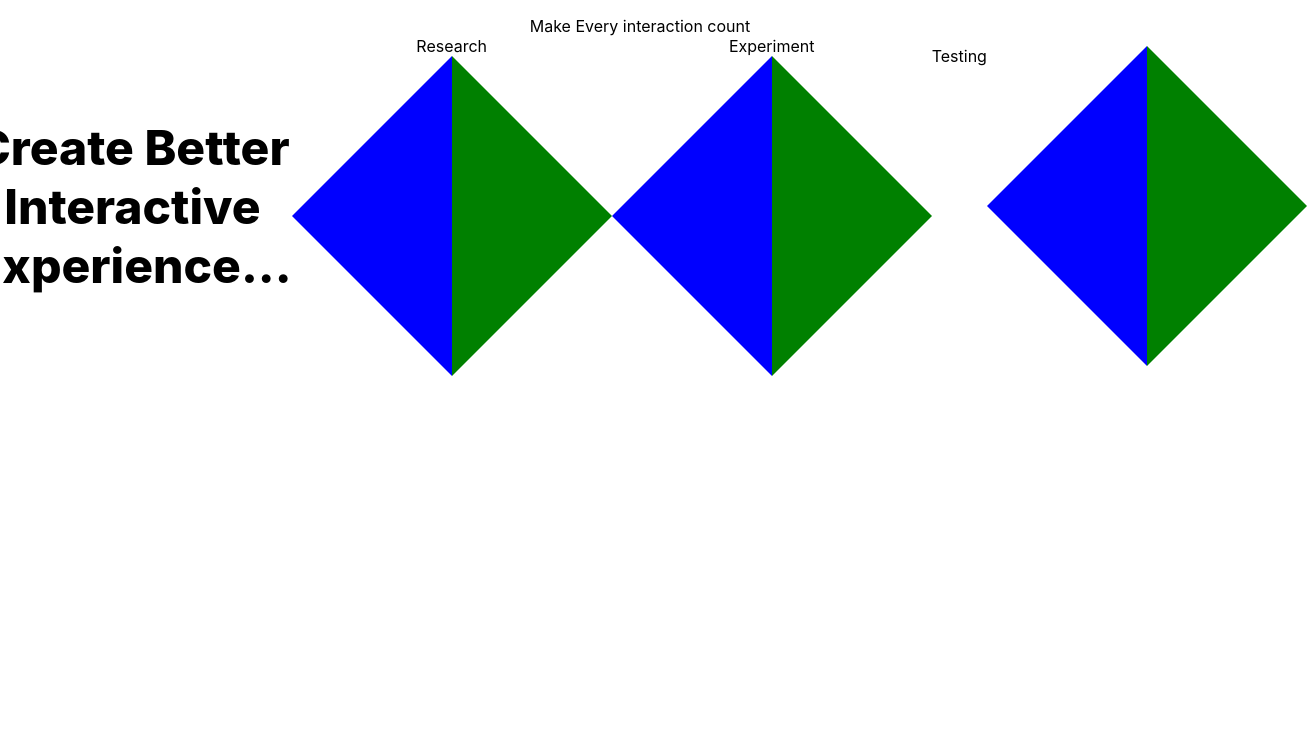
Repository: YingCG/interaction-design
Page: /
The author's editor kept a copy of each file at every save. The page is drawn from the files as they stood at one save, then again after the next save.
The browser window is 1280 px wide. The page is 1307 px wide, then 1280 px, so the pictures cover 1307 px, including what lies to the right of the window. The pictures show the whole page.
The project was rebuilt for these pictures with package versions that can differ from the ones it lists, and the page was loaded fresh each time.

Above is the page before, as saved 2023-09-07 16:13:52.

### src/App.js
import logo from "./logo.svg";
import "./App.css";
import TripleDiamond from "./TripleDiamond";

function App() {
  return (
    <div className="App">
      Make Every interaction count
      <TripleDiamond />
    </div>
  );
}

export default App;

### src/App.css
.App {
  text-align: center;
  padding: 1em;
  height: 100vh;
}

.arrow-right {
  width: 0;
  height: 0;
  border-top: 10rem solid transparent;
  border-bottom: 10rem solid transparent;
  border-left: 10rem solid green;
}
.arrow-right:hover {
  border-left: 10rem solid #ffa1f5;
}

.arrow-left {
  width: 0;
  height: 0;
  border-top: 10rem solid transparent;
  border-bottom: 10rem solid transparent;
  border-right: 10rem solid blue;
}
.arrow-left:hover {
  border-right: 10rem solid #ffa1f5;
}

.container {
  display: flex;
  justify-content: center;
  align-items: center;
  width: 100%;
}

.text-content {
  /* padding: 3em; */
  font-size: 3em;
  font-weight: 800;
  flex-direction: column;
}

.triple-diamond {
  display: flex;
  width: 50%;
}

.container-triple {
  display: flex;
  flex-direction: column;
}

.text-above {
  flex-direction: column;
}

### src/TripleDiamond.jsx
import React, { useState } from "react";
import contents from "./data";
import ProjectOverview from "./ProjectOverview";

function TripleDiamond() {
  const [info, setInfo] = useState("");

  function showInfo() {
    console.log(contents);
    setInfo(contents);
  }
  // const showInfo = () => {

  // }

  return (
    <div className="container">
      <div className="text-content">
        Create Better Interactive Experience...
      </div>
      <div className="container-triple">
        <div className="text-above">Research</div>
        <div className="triple-diamond">
          <div className="arrow-left" onClick={showInfo}></div>
          <div className="arrow-right"></div>
        </div>
      </div>

      <div className="container-triple">
        <div className="text-above">Experiment</div>
        <div className="triple-diamond">
          <div className="arrow-left"></div>
          <div className="arrow-right"></div>
        </div>
      </div>

      <div className="container-triple">
        <div className="triple-diamond">
          <div className="text-above">Testing</div>
          <div className="arrow-left"></div>
          <div className="arrow-right"></div>
        </div>
      </div>
      <div className="information">
        {contents.map((info, index) => (
          <ProjectOverview props={info} key={index} />
        ))}
      </div>
    </div>
  );
}

export default TripleDiamond;

### src/data.js
const contents = [
  {
    Title: "Project Overview",
    Description:
      "Memento Media is a creative industry startup that empowers people to save life's stories. When a loved one dies, we also sadly loose their stories. Memento Media uses storytelling and oral history practices to redefine the way families discover, capture and celebrate family history withoutmulti-generational living family archives.",
  },
  {
    Title: "Research",
    Description: "Assessment 1",
  },
  {
    Title: "Experiment",
    Description: "Assessment 2",
  },
  {
    Title: "Prototype",
    Description: "Assessment 3.",
  },
];

export default contents;

### src/ProjectOverview.js
import React from "react";

function ProjectOverview(props) {
  return (
    <div className="information">
      <h1> {props.Title}</h1>
      <p> {props.Description}</p>
    </div>
  );
}

export default ProjectOverview;

Loaded but not shown: public/index.html (common file); src/index.js (common file); src/index.css (common file); src/reportWebVitals.js (common file)

After the next save:
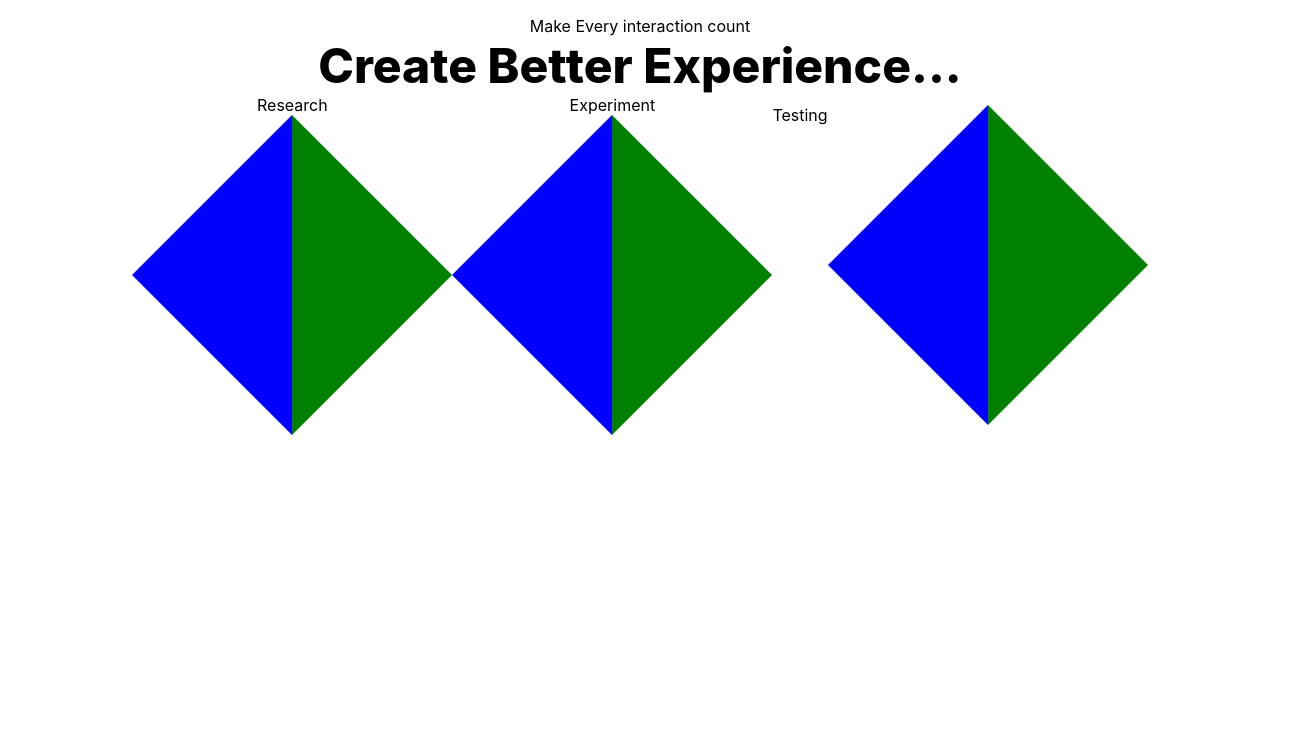
Saved 62 s later.
--- a/src/TripleDiamond.jsx
+++ b/src/TripleDiamond.jsx
@@ -14,39 +14,39 @@ function TripleDiamond() {
   // }
 
   return (
-    <div className="container">
-      <div className="text-content">
-        Create Better Interactive Experience...
-      </div>
-      <div className="container-triple">
-        <div className="text-above">Research</div>
-        <div className="triple-diamond">
-          <div className="arrow-left" onClick={showInfo}></div>
-          <div className="arrow-right"></div>
+    <>
+      <div className="text-content">Create Better Experience...</div>
+      <div className="container">
+        <div className="container-triple">
+          <div className="text-above">Research</div>
+          <div className="triple-diamond">
+            <div className="arrow-left" onClick={showInfo}></div>
+            <div className="arrow-right"></div>
+          </div>
+        </div>
+
+        <div className="container-triple">
+          <div className="text-above">Experiment</div>
+          <div className="triple-diamond">
+            <div className="arrow-left"></div>
+            <div className="arrow-right"></div>
+          </div>
+        </div>
+
+        <div className="container-triple">
+          <div className="triple-diamond">
+            <div className="text-above">Testing</div>
+            <div className="arrow-left"></div>
+            <div className="arrow-right"></div>
+          </div>
+        </div>
+        <div className="information">
+          {contents.map((info, index) => (
+            <ProjectOverview props={info} key={index} />
+          ))}
         </div>
       </div>
-
-      <div className="container-triple">
-        <div className="text-above">Experiment</div>
-        <div className="triple-diamond">
-          <div className="arrow-left"></div>
-          <div className="arrow-right"></div>
-        </div>
-      </div>
-
-      <div className="container-triple">
-        <div className="triple-diamond">
-          <div className="text-above">Testing</div>
-          <div className="arrow-left"></div>
-          <div className="arrow-right"></div>
-        </div>
-      </div>
-      <div className="information">
-        {contents.map((info, index) => (
-          <ProjectOverview props={info} key={index} />
-        ))}
-      </div>
-    </div>
+    </>
   );
 }
 
